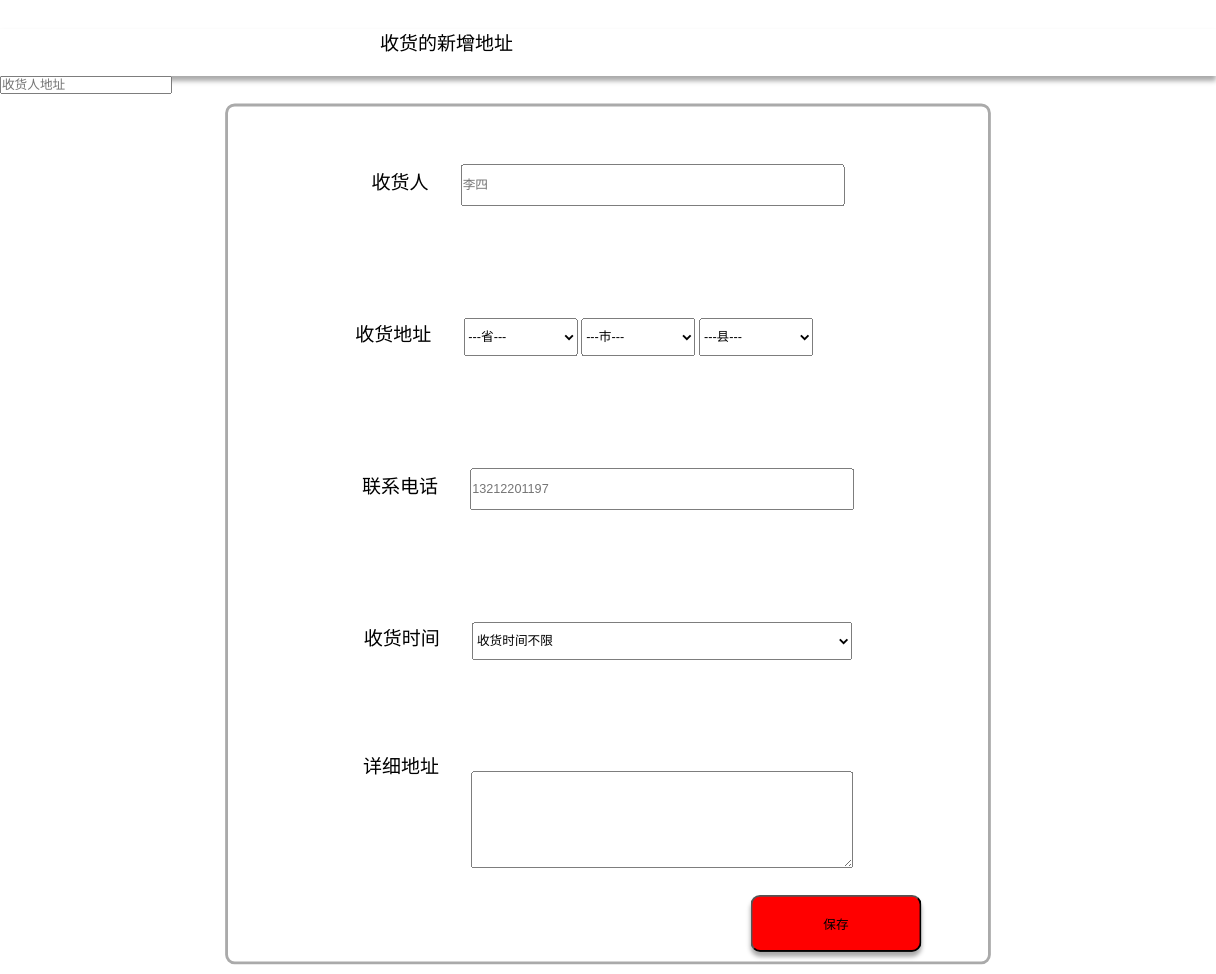
Repository: huaermao123/shopping
Page: http://localhost/Login2_02/OrderPage.jsp
The author's editor kept a copy of each file at every save. The page is drawn from the files as they stood at one save, then again after the next save.
The browser window is 1280 px wide. The pictures show the whole page, at 95% of full size.
The page is served by Tomcat 9.

Above is the page before, as saved 2017-10-18 14:40:03.

After the next save:
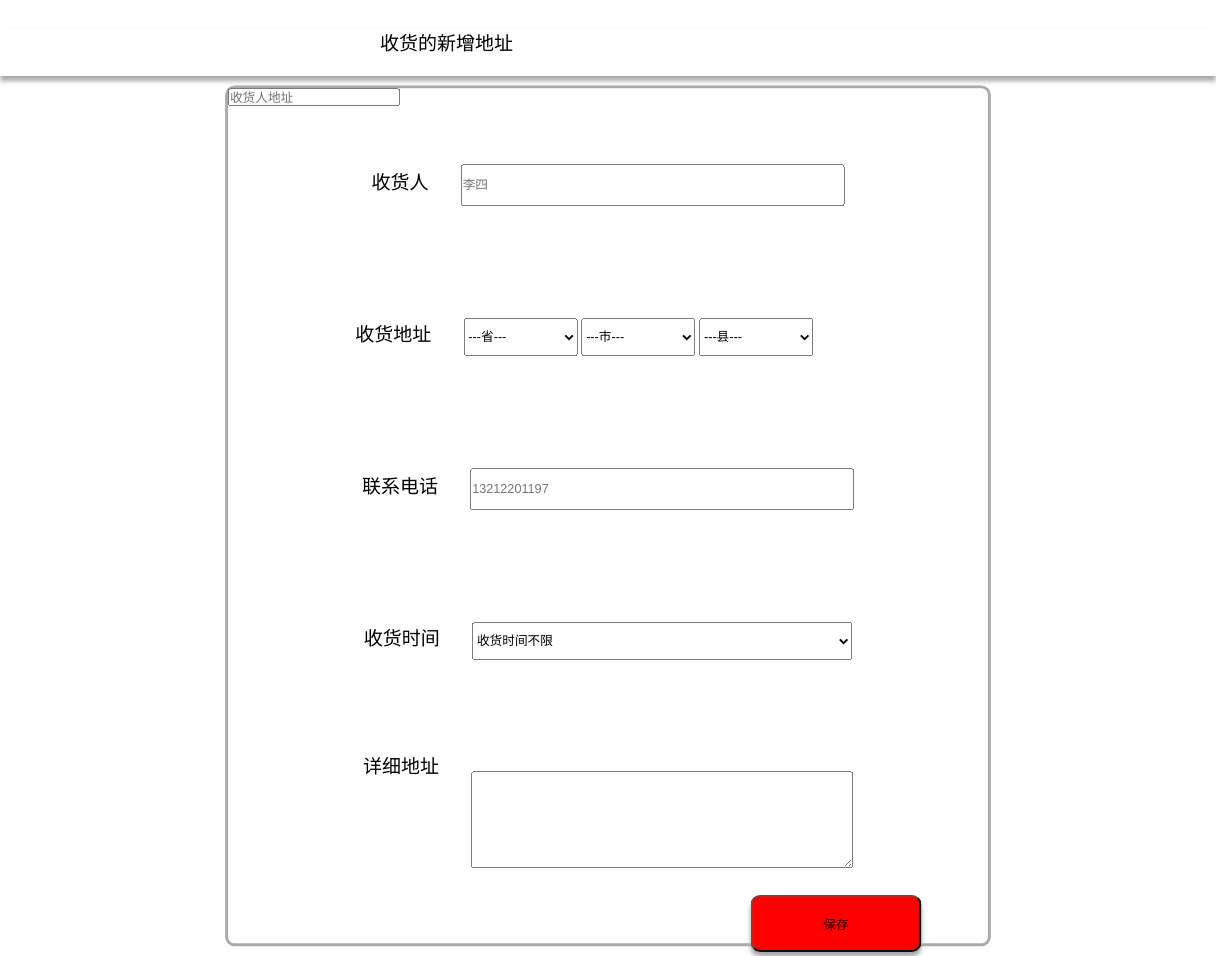
Saved 17 s later.
--- a/Login2_02/WebContent/OrderPage.jsp
+++ b/Login2_02/WebContent/OrderPage.jsp
@@ -65,8 +65,9 @@
 
 		<div id="head_p"><p>收货的新增地址</p></div>
 		<form name="form1" method="post" action="addConsAddr">
+
+		<div id="Addr">
 		<input name="addr" type="text" placeholder="收货人地址"/>
-		<div id="Addr">
 			<div class="addr01">
 				<span>收货人</span>
 				<input name="name" type="text" placeholder="李四"/>
